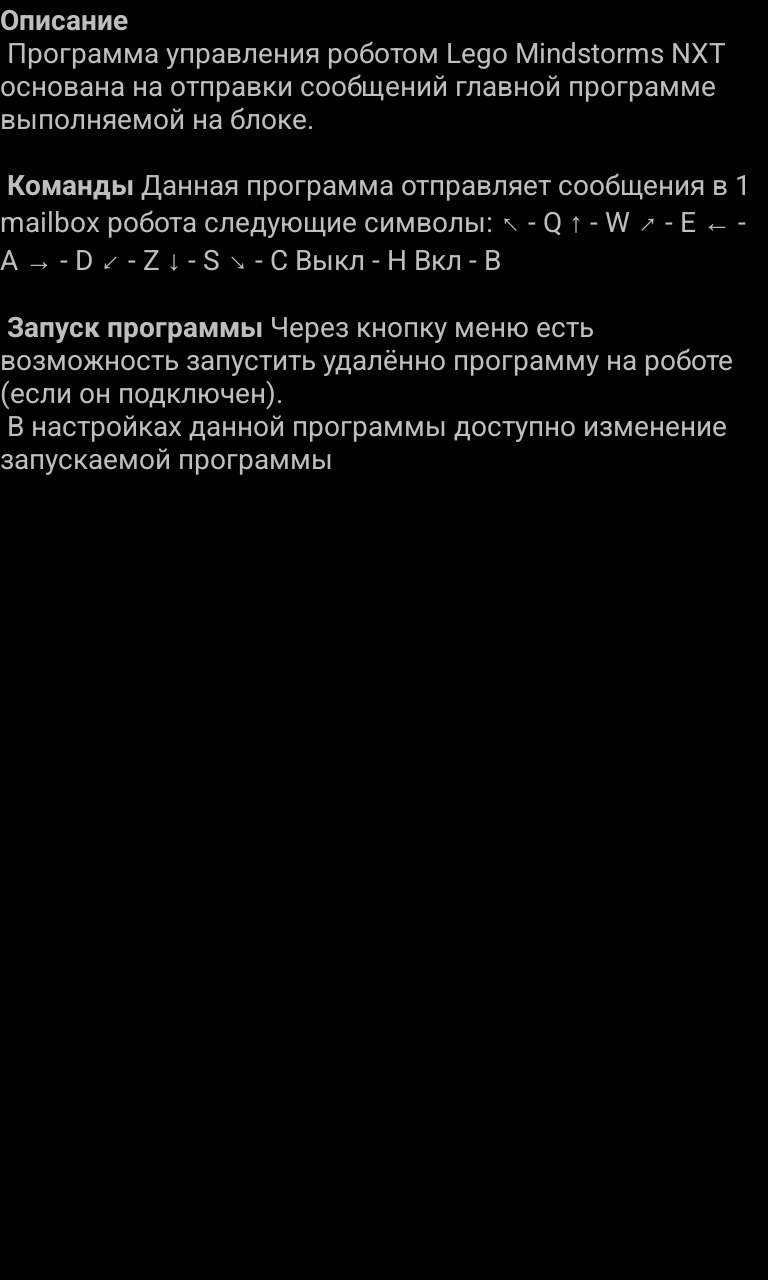
Repository: ssbayanov/panhandlerNXT
Layout: poproshaika/res/layout/help.xml
An editor plug-in stored every save of this project. The layout is shown before and after the next save, followed by the edit.
It is drawn on a 768 x 1280 px phone screen (xhdpi) without system bars, with theme android:Theme; the app's code is not run.

Above is the layout before, as saved 2012-11-06 07:08:20.

### poproshaika/res/layout/help.xml
<?xml version="1.0" encoding="utf-8"?>
<LinearLayout xmlns:android="http://schemas.android.com/apk/res/android"
    android:layout_width="fill_parent"
    android:layout_height="fill_parent"
    android:orientation="vertical" >

    <TextView
        android:id="@+id/help_content"
    	android:layout_width="fill_parent"
    	android:layout_height="fill_parent"
    	android:text="@string/help_content"
        android:gravity="top"
        >

        <requestFocus />
    </TextView>

</LinearLayout>

### poproshaika/res/values/strings.xml
<?xml version="1.0" encoding="utf-8"?>
<resources xmlns:xliff="urn:oasis:names:tc:xliff:document:1.2">

    <string name="app_name">Управление NXT</string>

    <!--  BluetoothChat -->
    <string name="send">Send</string>
    <string name="not_connected">Устройство не подключено</string>
    <string name="bt_not_enabled">Bluetooth выключен.\n Включите его для работы</string>
    <string name="bt_enabled">Bluetooth включен</string>
    <string name="bt_not_supported">Bluetooth не поддерживается</string>
    <string name="title_connecting">Соединение&#8230;</string>
    <string name="title_connected_to">Соединение с <xliff:g id="device_name">%1$s</xliff:g></string>
    <string name="title_not_connected">Не удалось подключиться</string>
    <string name="title_connection_close">Соединение разорвоно</string>


    <!--  DeviceListActivity -->
    <string name="scanning">Сканируем устройства&#8230;</string>
    <string name="select_device">Выберите устройство для соединения</string>
    <string name="none_paired">Нет соединённых устройств</string>
    <string name="none_found">Устройства не найдены</string>
    <string name="button_scan">Найти устройства</string>
    <string name="connected_devices">Подключенные устройства</string>
    <string name="descovered_devices">Найденные устройства</string>

    <!-- Options Menu -->
    <string name="secure_connect">Подключить устройсто</string>
    <string name="run_programm">Запустить программу</string>
    <string name="disconnect">Отключить устройсто</string>
    <string name="discoverable">Сделать видимым</string>
    <string name="help">Помощь</string>

    <!-- Main Layout -->
    <string name="main_title">Программа управления NXT v1.1</string>
    <string name="robot_name">Имя робота</string>
    <string name="foward_left">↖</string>
    <string name="foward">↑</string>
    <string name="foward_right">↗</string>
    <string name="left">←</string>
    <string name="button_scan_off">Выкл</string>
    <string name="button_scan_on">Вкл</string>
    <string name="right">→</string>
    <string name="backward_left">↙</string>
    <string name="backward">↓</string>
    <string name="backward_right">↘</string>

    <!-- Preferances -->
    <string name="preferences">Настройки</string>
    <string name="summary_preferences">Общие</string>
    <string name="title_preference_show_battery">Отобразить заряд баттареи</string>
    <string name="summary_on_preference_show_battery">Отображается</string>
    <string name="summary_off_preference_show_battery">Не отображается</string>
    <string name="robot_preferences">Робот</string>
    <string name="title_preference_name_program">Имя программы</string>
    <string name="title_preference_summary_name_program">Введите имя программы которую требуется запустить на роботе</string>
    <string name="preference_edit_this_text">Имя программы</string>

    <!--  Help  -->
    <string name="help_content">
<b>Описание</b>\n
Программа управления роботом Lego Mindstorms NXT основана на отправки сообщений главной программе выполняемой на блоке.\n\n
<b>Команды</b>
Данная программа отправляет сообщения в 1 mailbox робота следующие символы:
 ↖ - Q
↑ - W
 ↗ - E
← - A
→ - D
↙ - Z
↓ - S
↘ - C
Выкл - H
Вкл - B\n\n
<b>Запуск программы</b>
Через кнопку меню есть возможность запустить удалённо программу на роботе (если он подключен).\n
В настройках данной программы доступно изменение запускаемой программы
</string>
</resources>

After the next save:
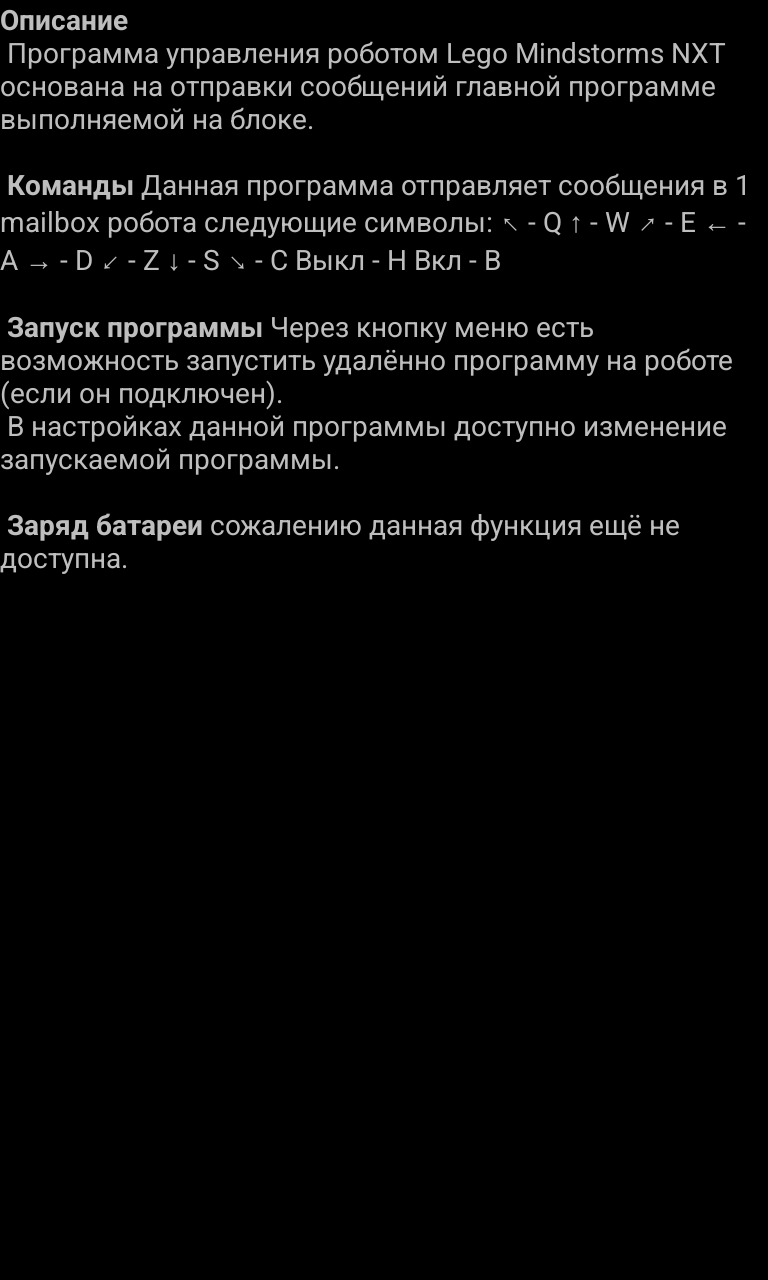
Saved 45 s later.
--- a/poproshaika/res/values/strings.xml
+++ b/poproshaika/res/values/strings.xml
@@ -74,6 +74,9 @@
 Вкл - B\n\n
 <b>Запуск программы</b>
 Через кнопку меню есть возможность запустить удалённо программу на роботе (если он подключен).\n
-В настройках данной программы доступно изменение запускаемой программы
+В настройках данной программы доступно изменение запускаемой программы.\n\n
+<b>Заряд батареи</b>
+ сожалению данная функция ещё не доступна.
+
 </string>
 </resources>
